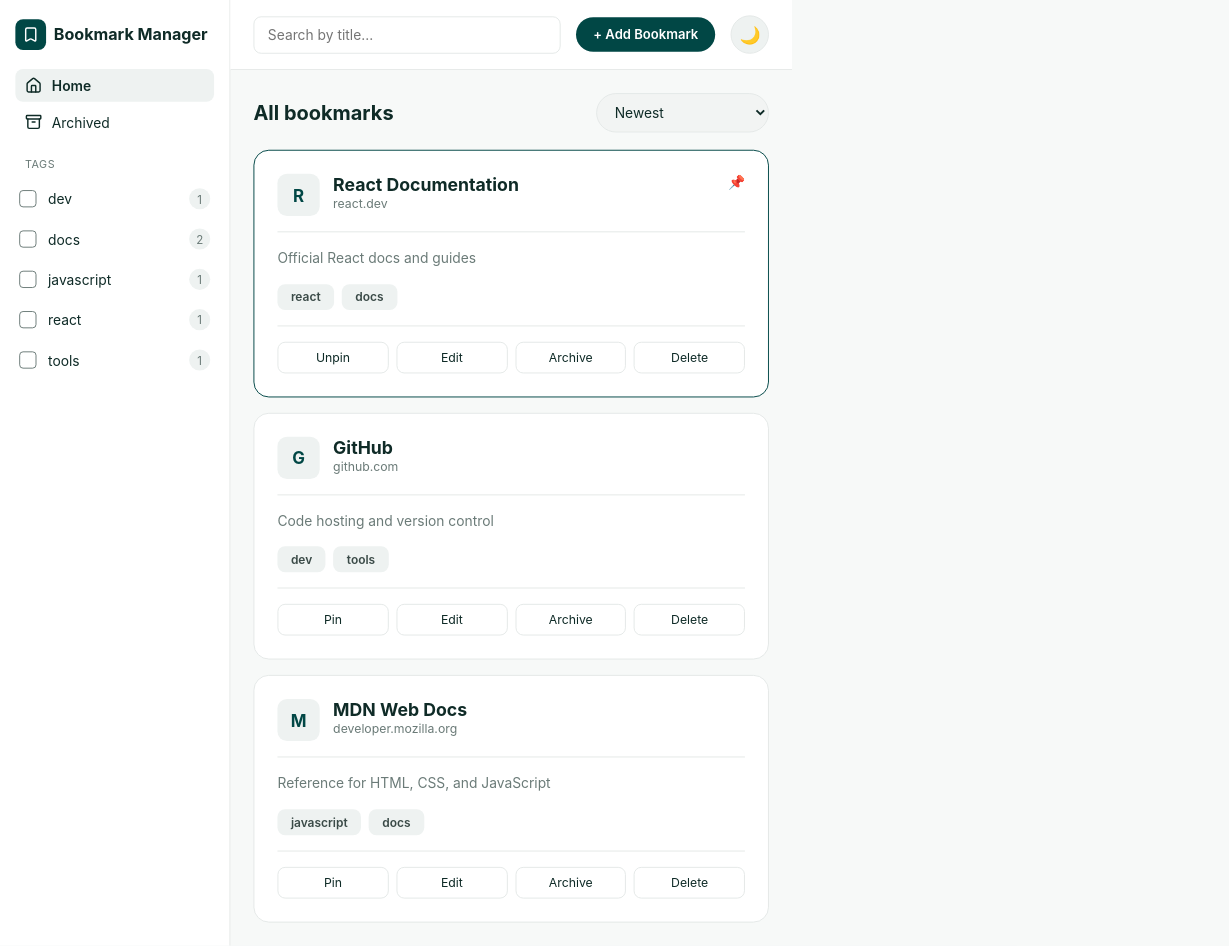
Repository: K0k1M4r/Big-Game-React
Page: /
An editor plug-in stored every save of this project. The page is shown before and after the next save, followed by the edit.
The browser window is 1280 px wide. The pictures show the whole page, at 96% of full size.
The project was rebuilt for these pictures with package versions that can differ from the ones it lists, and the page was loaded fresh each time. Also part of the build but not shown: vite.config.js, src/components/Modal.jsx, src/components/BookmarkForm.jsx.

Above is the page before, as saved 2026-09-23 19:44:24.

After the next save:
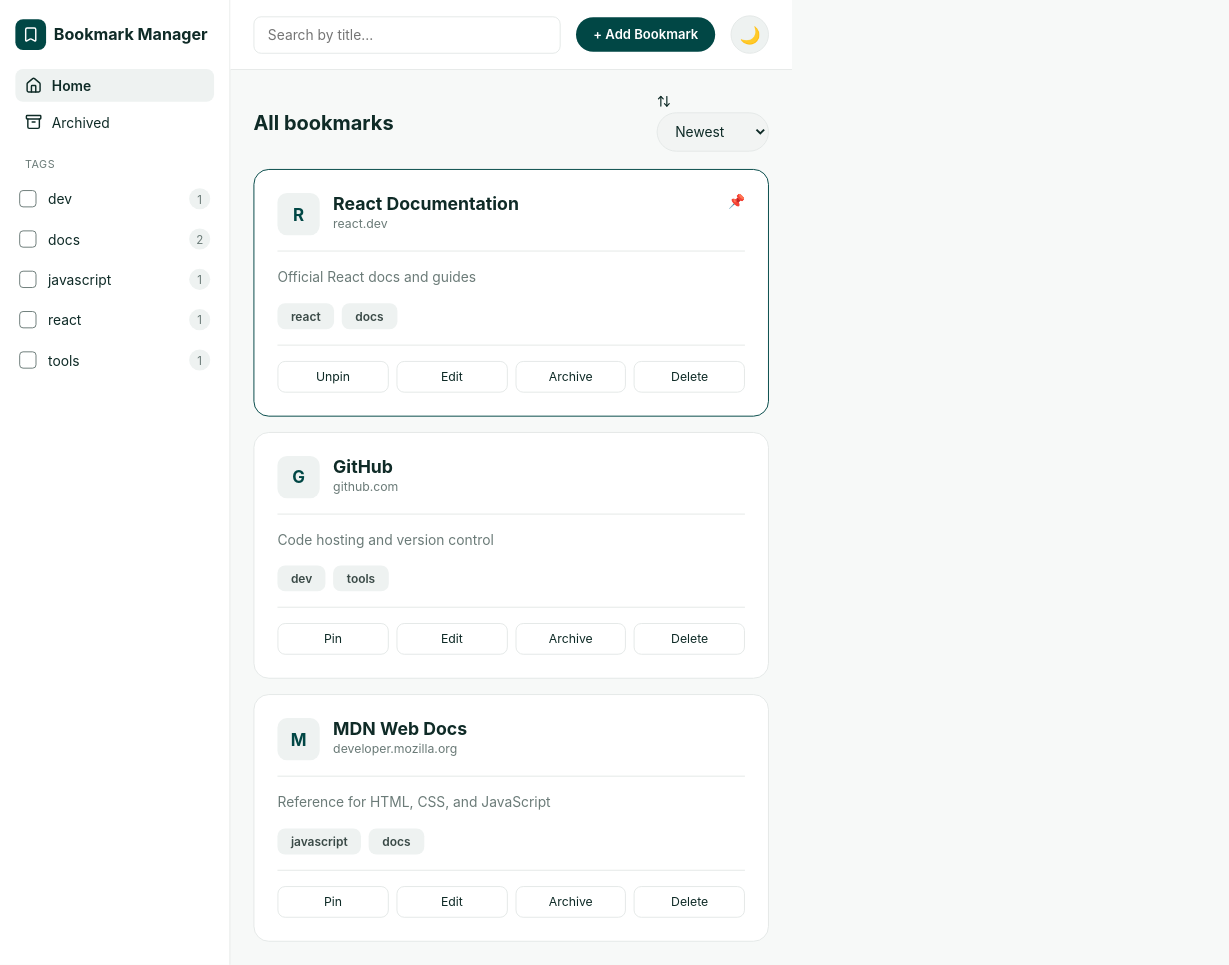
Saved 43 s later.
--- a/src/components/SortSelect.jsx
+++ b/src/components/SortSelect.jsx
@@ -1,15 +1,20 @@
+import { ArrowUpDown } from "lucide-react";
+
 function SortSelect({ sortOption, onSortChange }) {
   return (
-    <select
-      className="sort-select"
-      value={sortOption}
-      onChange={(e) => onSortChange(e.target.value)}
-    >
-      <option value="newest">Newest</option>
-      <option value="oldest">Oldest</option>
-      <option value="az">A-Z</option>
-      <option value="za">Z-A</option>
-    </select>
+    <div className="sort-wrapper">
+      <ArrowUpDown size={15} />
+      <select
+        className="sort-select"
+        value={sortOption}
+        onChange={(e) => onSortChange(e.target.value)}
+      >
+        <option value="newest">Newest</option>
+        <option value="oldest">Oldest</option>
+        <option value="az">A-Z</option>
+        <option value="za">Z-A</option>
+      </select>
+    </div>
   );
 }
 
